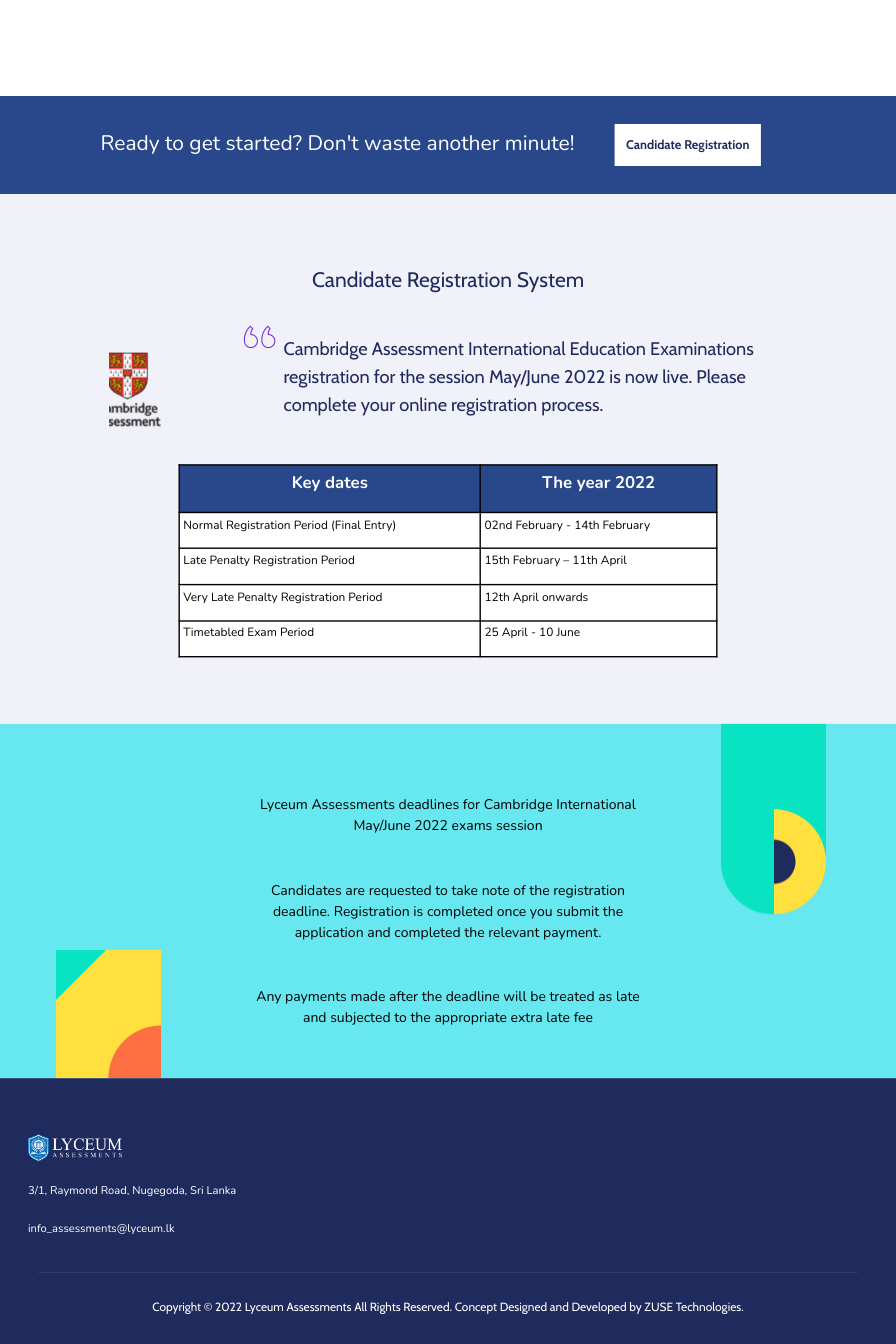
Repository: AXUSLK/LyceumAssessments-HTML
Page: index.html
These files come from the project's save history. The page is drawn as it stood at one moment and after a run of saves; the edit follows.
The browser window is 1280 px wide. The pictures show the part of the page from y = 2663 to 4583 px (the page is 4583 px tall before and 4475 px after), at 70% of full size.
Backgrounds fixed to the window are drawn as part of the page. Some web libraries are served in a nearby version.

Above is the page before, as saved 2022-01-31 14:16:30.

After the next 4 saves:
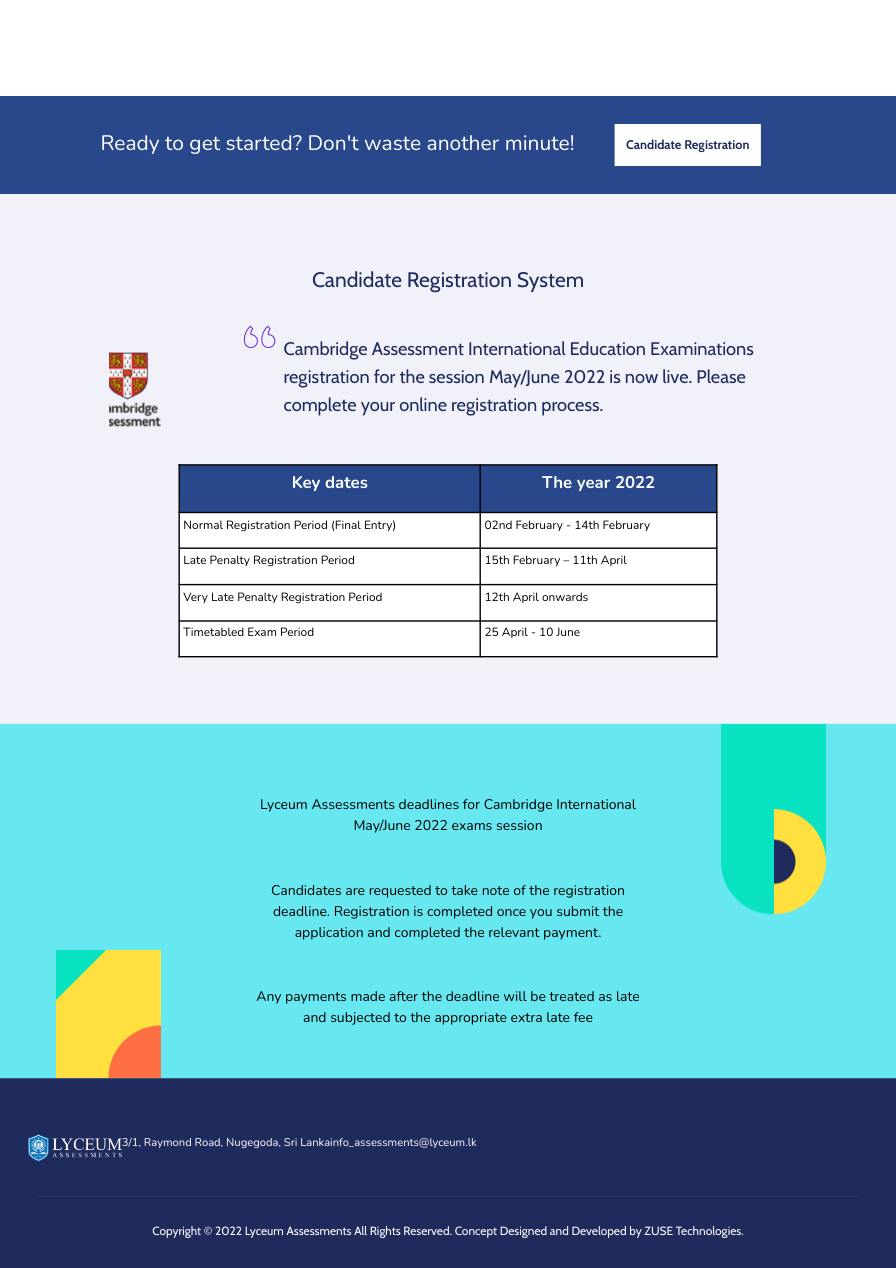
The 4 saves are shown as one change because they came seconds apart.
The last was saved 15 s later.
--- a/index.html
+++ b/index.html
@@ -487,7 +487,7 @@
 				<div class="container">
 					<div class="row">
 
-						<div class="">
+						<div style="display: flex;">
 							<!-- ftLogo -->
 							<div class="ftLogo mb-6 mx-auto mx-md-0">
 								<a href="javascript:void(0);">

After the 3 saves that followed:
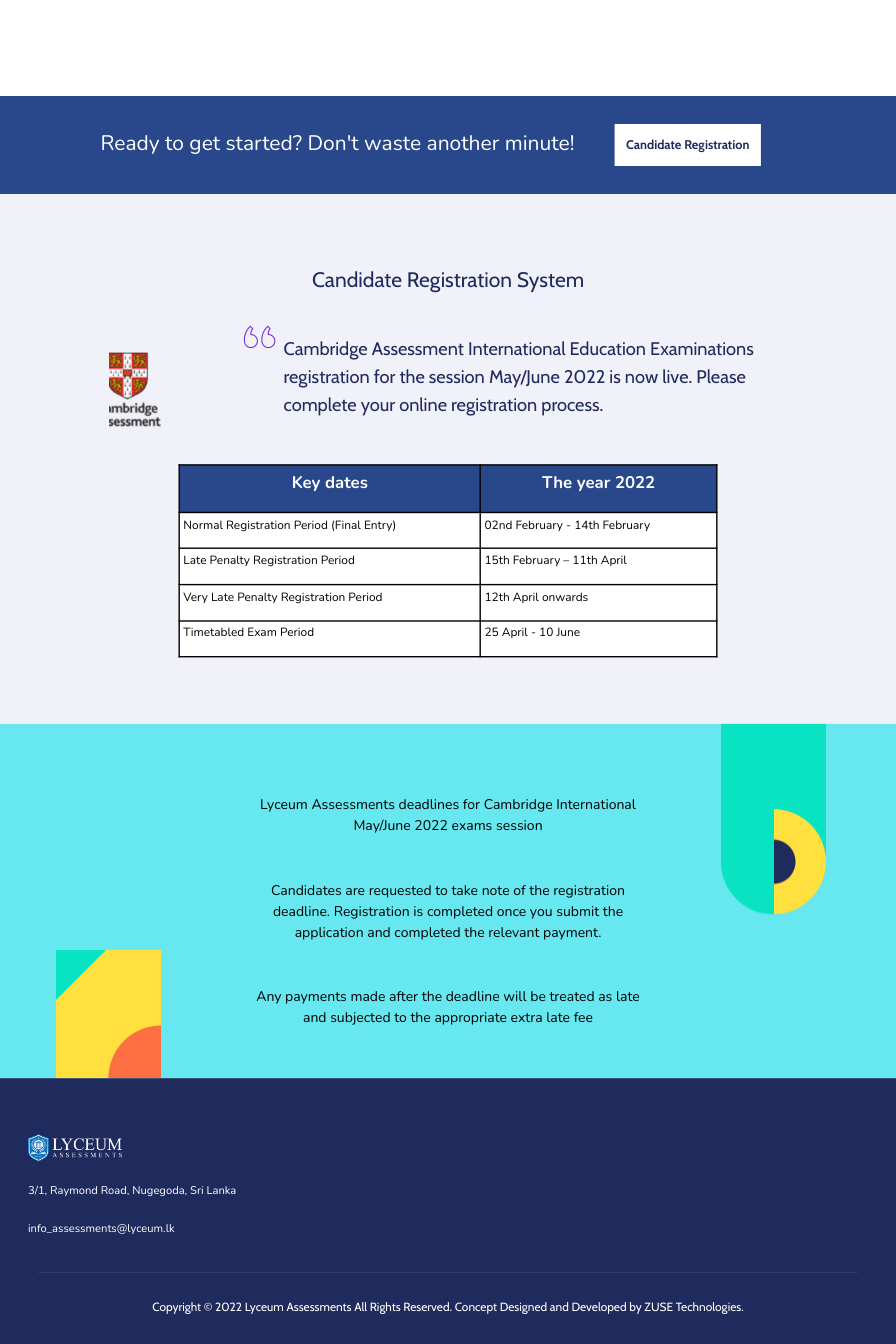
The 3 saves are shown as one change because they came seconds apart.
The last was saved 10 s later.
--- a/index.html
+++ b/index.html
@@ -487,7 +487,7 @@
 				<div class="container">
 					<div class="row">
 
-						<div style="display: flex;">
+						<div style="display: block;">
 							<!-- ftLogo -->
 							<div class="ftLogo mb-6 mx-auto mx-md-0">
 								<a href="javascript:void(0);">
